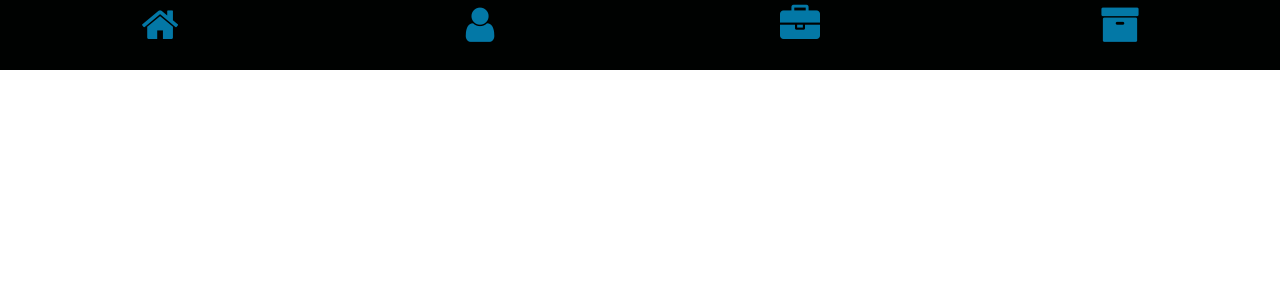
Repository: Brad000/Resume-project
Page: projects.html
The author's editor kept a record of every edit. The page is drawn from the files as they stood at one moment, then again after the next edit.
The browser window is 1280 px wide. The pictures show the whole page.

Above is the page before.

After the next edit:
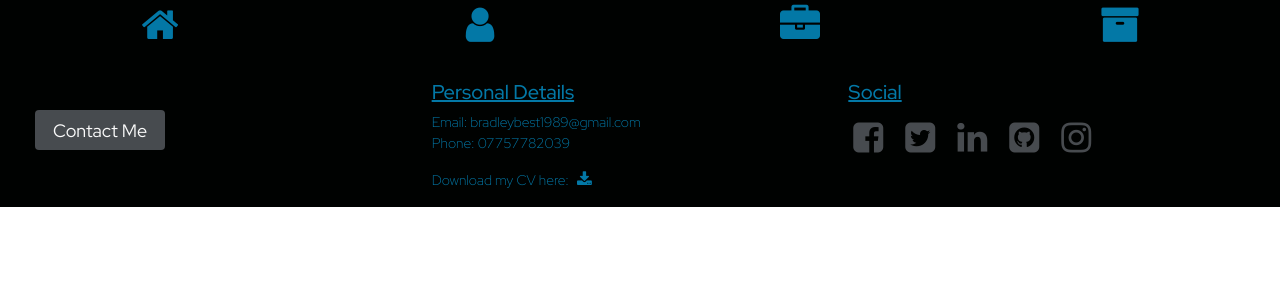
The edit:
--- a/projects.html
+++ b/projects.html
@@ -46,8 +46,69 @@
 
 
 
+     <!---------------------------Footer------------------------------------>
 
-
-
+    <footer class="container-fluid">
+        <div class="row no-gutters" id="footer-details">
+            <div class="col-sm-4">
+                <button type="button" class="btn btn-secondary contact-button" data-toggle="modal" data-target="#exampleModal">Contact Me</button>
+            </div>
+            <div class="col-sm-4 footer-headings">
+                <h5 class="sub-headings">Personal Details</h5>
+                <div class="key">
+                    <p class="personal-info-text">
+                        Email: bradleybest1989@gmail.com
+                    </p>
+                </div>
+                <div class="personal-info-text">
+                    <p>
+                        Phone: 07757782039
+                    </p>
+                </div>
+                <div class="personal-info-text">
+                    <p class="cv-text">Download my CV here:
+                        <span><a href="assets/cv/CV.pdf" target="_blank" class="cv-pdf"></a>
+                        <i class="fa fa-download cv-link" aria-hidden="true"></i>
+                        </span>
+                    </p>
+                </div>
+            </div>
+            <div class="col-sm-4">
+                <h5 class="footer-headings sub-headings">Social</h5>
+                <ul class="list-inline">
+                    <li class="list-inline-item social-links">
+                        <a target="_blank" href="https://www.facebook.com/profile.php?id=100010751790168">
+                            <i class="fa fa-facebook-square" aria-hidden="true"></i>
+                            <span class="sr-only">Facebook</span>
+                        </a>
+                    </li>
+                    <li class="list-inline-item social-links">
+                        <a target="_blank" href="https://twitter.com/BradleyBest28">
+                            <i class="fa fa-twitter-square" aria-hidden="true"></i>
+                            <span class="sr-only">Twitter</span>
+                        </a>
+                    </li>
+                    <li class="list-inline-item social-links">
+                        <a target="_blank" href="https://www.linkedin.com/in/bradley-best-b56072188/">
+                            <i class="fa fa-linkedin" aria-hidden="true"></i>
+                            <span class="sr-only">Linkedin</span>
+                        </a>
+                    </li>
+                    <li class="list-inline-item social-links">
+                        <a target="_blank" href="https://github.com/Brad000/Resume-project">
+                            <i class="fa fa-github-square" aria-hidden="true"></i>
+                            <span class="sr-only">GitHub</span>
+                        </a>
+                    </li>
+                    <li class="list-inline-item social-links">
+                        <a target="_blank" href="https://www.instagram.com/brad_best0/?hl=en">
+                            <i class="fa fa-instagram" aria-hidden="true"></i>
+                            <span class="sr-only">Instagram</span>
+                        </a>
+                    </li>
+                </ul>
+            </div>
+        </div>
+    </footer>
 </body>
 </html>
